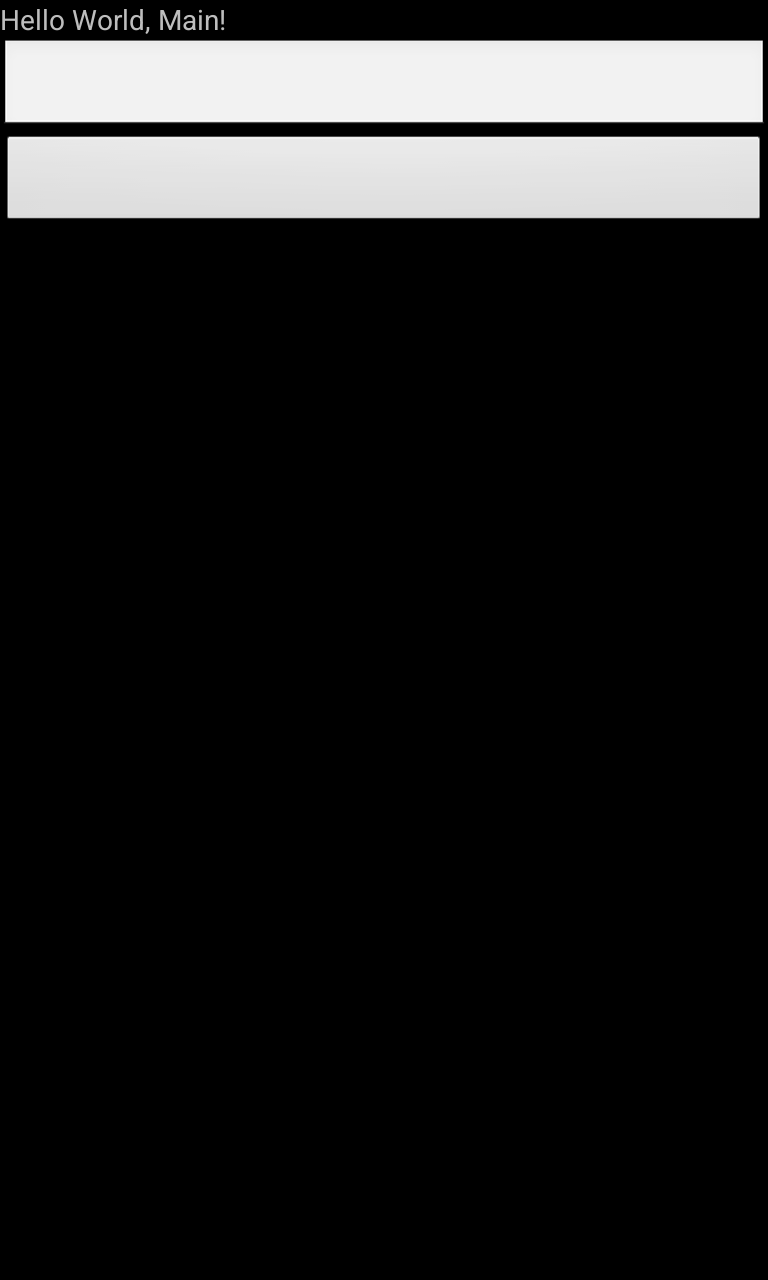
Repository: yoggy7978/yoggyRepo
Layout: android/YogSMS/YogSMS/res/layout/main.xml
An editor plug-in stored every save of this project. The layout is shown before and after the next save, followed by the edit.
It is drawn on a 768 x 1280 px phone screen (xhdpi) without system bars, with theme android:Theme; the app's code is not run.

Above is the layout before, as saved 2010-12-10 09:03:40.

### android/YogSMS/YogSMS/res/layout/main.xml
<?xml version="1.0" encoding="utf-8"?>
<LinearLayout xmlns:android="http://schemas.android.com/apk/res/android"
    android:orientation="vertical"
    android:layout_width="fill_parent"
    android:layout_height="fill_parent"
    >
<TextView
    android:layout_width="fill_parent"
    android:layout_height="wrap_content"
    android:text="@string/hello"
    />
<EditText android:id="@+id/et_message" android:layout_width="fill_parent" android:layout_height="wrap_content"></EditText>
<Button android:text="@+id/btn_send" android:id="@+id/btn_send" android:layout_width="fill_parent" android:layout_height="wrap_content"></Button>
</LinearLayout>

### android/YogSMS/YogSMS/res/values/strings.xml
<?xml version="1.0" encoding="utf-8"?>
<resources>
    <string name="hello">Hello World, Main!</string>
    <string name="app_name">YogSMS</string>
    <string name="btn_send">btn_send</string>
</resources>

After the next save:
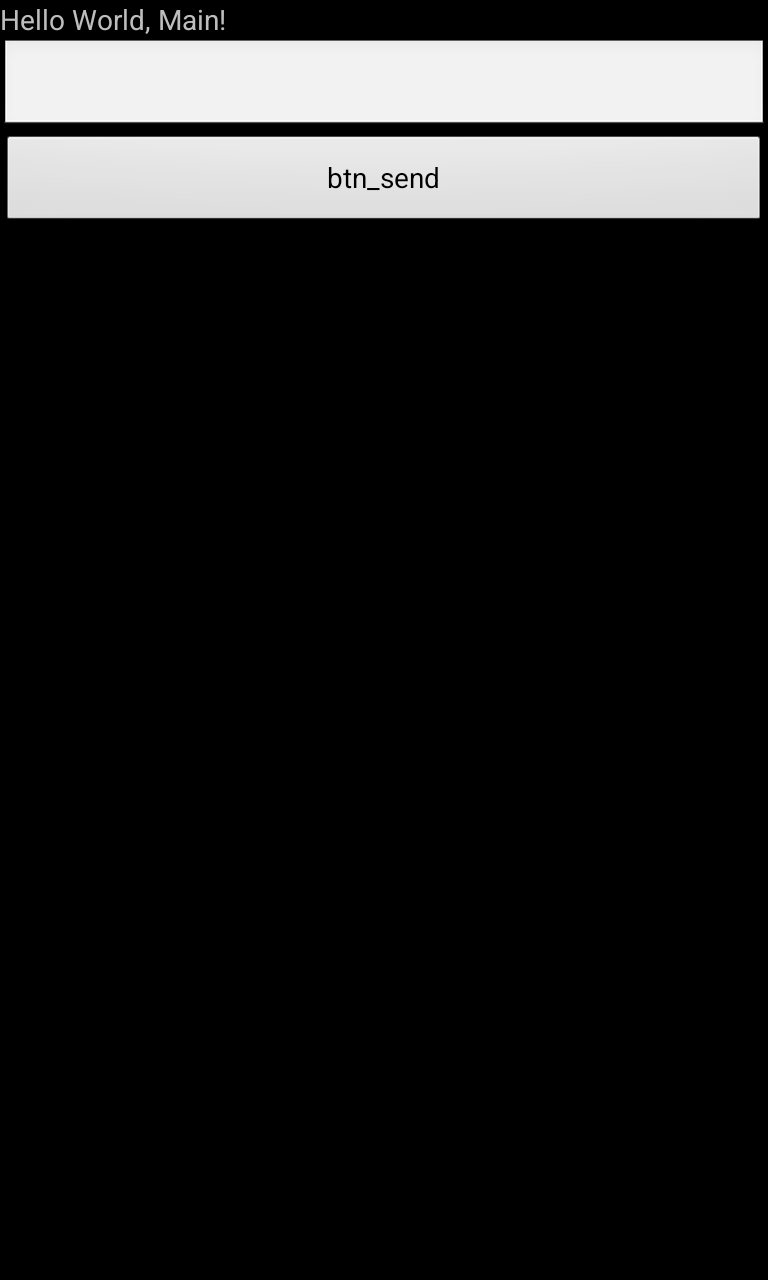
Saved 36 s later.
--- a/android/YogSMS/YogSMS/res/layout/main.xml
+++ b/android/YogSMS/YogSMS/res/layout/main.xml
@@ -10,5 +10,5 @@
     android:text="@string/hello"
     />
 <EditText android:id="@+id/et_message" android:layout_width="fill_parent" android:layout_height="wrap_content"></EditText>
-<Button android:text="@+id/btn_send" android:id="@+id/btn_send" android:layout_width="fill_parent" android:layout_height="wrap_content"></Button>
+<Button android:text="@string/btn_send" android:id="@+id/btn_send" android:layout_width="fill_parent" android:layout_height="wrap_content"></Button>
 </LinearLayout>
